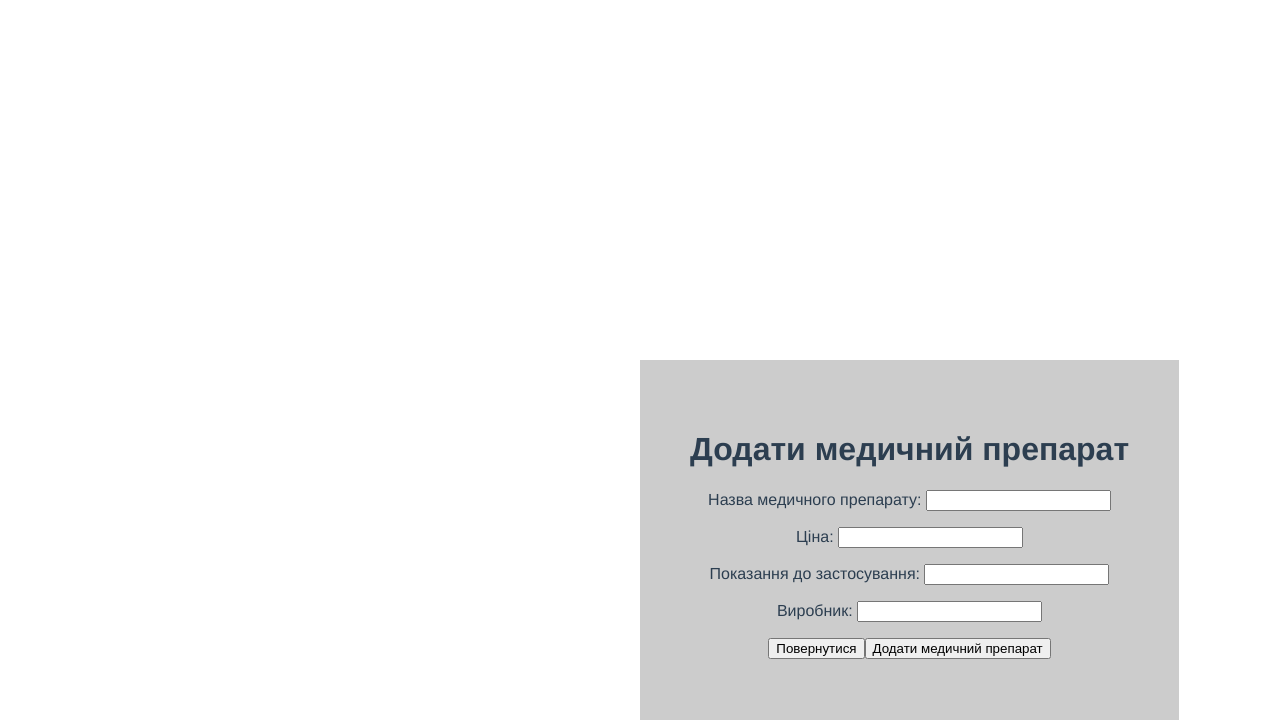
Repository: kristinap8/pharmacy
Page: /add_medicine
These files come from the project's save history. The page is drawn as it stood at one moment and after the next save; the edit follows.
The browser window is 1280 px wide. The pictures show the whole page.
The project was rebuilt for these pictures with package versions that can differ from the ones it lists, and the page was loaded fresh each time. Also part of the build but not shown: src/components/EditMedicineForm/index.vue, src/pages/EditMedicine/index.vue, src/components/MedicinesList/MedicineCard/index.vue, src/components/MedicinesList/index.vue, src/pages/AllMedicines/index.vue, src/components/CartForm/index.vue, src/pages/Cart/index.vue.

Above is the page before, as saved 2020-12-09 23:42:15.

### src/main.js
import Vue from 'vue'
import App from './App.vue'
import router from "./router"
import store from "./store"

Vue.config.productionTip = false

new Vue({
  store,
  router,
  render: h => h(App),
}).$mount('#app')

### src/App.vue
<template>
  <div id="app">
    <router-view/>
  </div>
</template>

<script>
export default {
  name: "App",
  components: {},
};
</script>

<style>
#app {
  font-family: Avenir, Helvetica, Arial, sans-serif;
  -webkit-font-smoothing: antialiased;
  -moz-osx-font-smoothing: grayscale;
  color: #2c3e50;
}
</style>

### src/router.js
import Vue from "vue";
import VueRouter from "vue-router";
import AddMedicine from "@/pages/AddMedicine";
import EditMedicine from "@/pages/EditMedicine";
import AllMedicines from "@/pages/AllMedicines";
import Cart from "@/pages/Cart";

Vue.use(VueRouter);

const routes=[
    {
        path:'/',
        name:'all-medicines',
        component:AllMedicines
    },
    {
        path:'/edit_medicine/:medicine_id',
        name:'edit-medicine',
        component:EditMedicine
    },
    {
        path:'/add_medicine',
        name:'add-medicine',
        component:AddMedicine
    },
    {
        path:'/cart',
        name:'cart',
        component:Cart
    },

]

const router=new VueRouter({
    mode:"history",
    routes
});

export default router;

### src/store/index.js
import Vue from "vue";
import Vuex from "vuex";
import { v4 as uuid_v4 } from 'uuid'

Vue.use(Vuex)
const store=new Vuex.Store({
    state:{
      medicinesList:[
          {
              id:1,
              name:'Но-шпа',
              price:60.48,
              requirements:"Спазми гладкої мускулатури, пов'язані з захворюваннями біліарного тракту: холецистолітіаз, холангіолітіаз, холецистит, перихолецистит, холангіт, папіліт. Спазми гладкої мускулатури при захворюваннях сечового тракту: нефролітіаз, уретролітіаз, пієліт, цистит, тенезми сечового міхура.",
              maker:"Chinoin (Угорщина)"

          },
          {
            id:2,
            name:"Діазолін",
            price:19.19,
            requirements:"Профілактика і лікування сезонного та алергічного риніту, полінозу, кропив'янки, харчової та медикаментозної алергії, дерматозів, що супроводжуються свербежем шкіри (екзема, нейродерміт).",
            maker:"Фармак ОАО (Україна, Київ)"

        },
        {
            id:3,
            name:"Амоксил",
            price:81.77,
            requirements:"Інфекції органів дихання, сечостатевої системи, травного тракту (у тому числі у комбінації з метронідазолом або кларитроміцином застосовують для лікування захворювань, асоційованих із Helicobacter pylori), шкіри та м’яких тканин, спричинені чутливими до лікарського засобу мікроорганізмами.",
            maker:"Киевмедпрепарат ОАО (Україна, Київ)"

        }
      ],
      cart:[],
      cartItemsCount:0
    },
    mutations:{
        addMedicine(state, data) {
            state.medicinesList.push({
             id: uuid_v4(),
             ...data,
           })
         },
         deleteMedicine(state,id){
             let medicines=state.medicinesList.filter(medicine=>medicine.id!=id)
             state.medicinesList=medicines;
         },
         editMedicine(state,medicine){
             state.medicinesList.forEach(m=>{
                 if(m.id==medicine.id){
                     m=medicine;
                 }
             } )
         },
         addToCart(state,medicine){
            let isMedicineExists=state.cart.find(m => m.id == medicine.id);

            if (isMedicineExists) {
                isMedicineExists.quantity ++;
                isMedicineExists.totalPrice = (isMedicineExists.quantity * isMedicineExists.price).toFixed(2);
            } else {
                state.cart.push(medicine);

                Vue.set(medicine, 'quantity', 1);
                Vue.set(medicine, 'totalPrice', medicine.price);
            }
             state.cartItemsCount++
         },
         deleteItemFromCart(state,medicine){
            let index = state.cart.indexOf(medicine);
            if (index > -1) {
                let item= state.cart[index];
                state.cartItemsCount -= item.quantity;
                state.cart.splice(index, 1);
            }
         }
    },
    actions:{
        addMedicine({ commit }, medicine) {
            commit('addMedicine', medicine)
         },
          deleteMedicine({commit},id){
              commit('deleteMedicine',id)
          },
          editMedicine({commit},medicine){
              commit('editMedicine',medicine)
          },
          addToCart({commit},medicine){
              commit('addToCart',medicine)
          },
          deleteItemFromCart({commit},medicine){
              commit("deleteItemFromCart",medicine)
          }

    },
    getters:{
        getMedicines:(state)=> state.medicinesList,
        getMedicineById:(state)=>(id)=>{return state.medicinesList.find(m=>m.id===id)},
        getMedicinesInCart:(state)=>state.cart,
     },
    modules:{

    }
})

export default store

### src/pages/AddMedicine/index.vue
<template>
    <div>
       <add-medicine-form/>
    </div>
</template>

<script>
import AddMedicineForm from "../../components/AddMedicineForm"
    export default {
        name:"AddMedicine",
        components: {
            AddMedicineForm,
        },
    }
</script>

<style lang="scss" scoped>

</style>

### src/components/AddMedicineForm/index.vue
<template>
    <div class="form">
        <h1>Додати медичний препарат</h1>
      <p class="form-row">
    <label>
        Назва медичного препарату:
        <input type="text" v-model="name"/>
    </label>
    </p>
    <p class="form-row">
    <label>
        Ціна:
        <input type="number" v-model="price"/>
    </label>
    </p>
    <p class="form-row">
    <label>
        Показання до застосування:
        <input type="text" v-model="requirements"/>
    </label>
    </p>
    <p class="form-row">
    <label>
        Виробник:
        <input type="text" v-model="maker"/>
    </label>
    </p>
    <p>
    <router-link to="/" tag="button" >Повернутися</router-link>
    <button @click="onAddMedicine" >
        Додати медичний препарат
    </button>
    </p>
    </div>
</template>

<script>
import { mapActions } from 'vuex'

    export default {
        name:"AddMedicineForm",
        data() {
            return {
            name: null,
            price: null,
            requirements: null,
            maker: null,
            }
        },
        methods: {
            ...mapActions(['addMedicine']),
            onAddMedicine() {
                const{name,price,requirements,maker}=this
                this.addMedicine({
                    name,
                    price,
                    requirements,
                    maker
                })
                this.$router.push('/')
            }
        },
    }
</script>

<style lang="scss" scoped>
.form{
    text-align: center;
    padding: 50px;
    background: #ccc;
    position: fixed;
    top: 50%; left: 50%;

}


</style>

Loaded but not shown: public/index.html (common file)

After the next save:
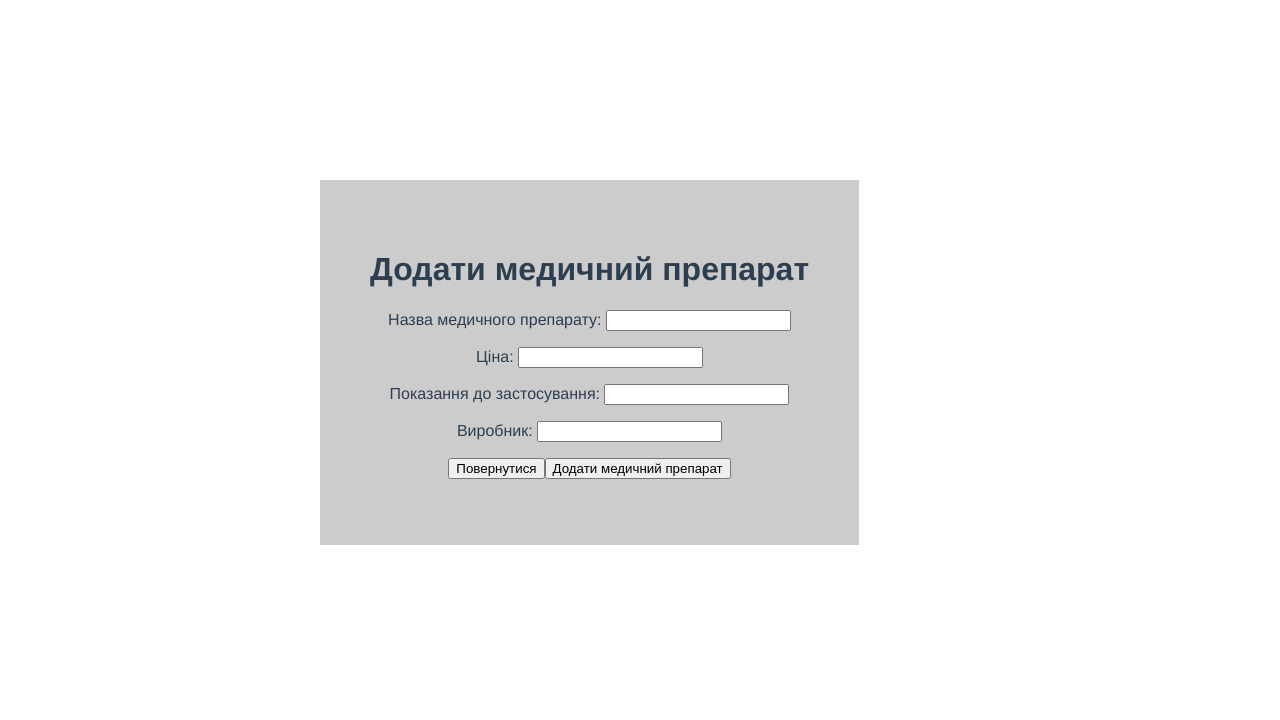
Saved 10 s later.
--- a/src/components/AddMedicineForm/index.vue
+++ b/src/components/AddMedicineForm/index.vue
@@ -69,7 +69,7 @@ import { mapActions } from 'vuex'
     padding: 50px;
     background: #ccc;
     position: fixed;
-    top: 50%; left: 50%;
+    top: 25%; left: 25%;
 
 }
 
